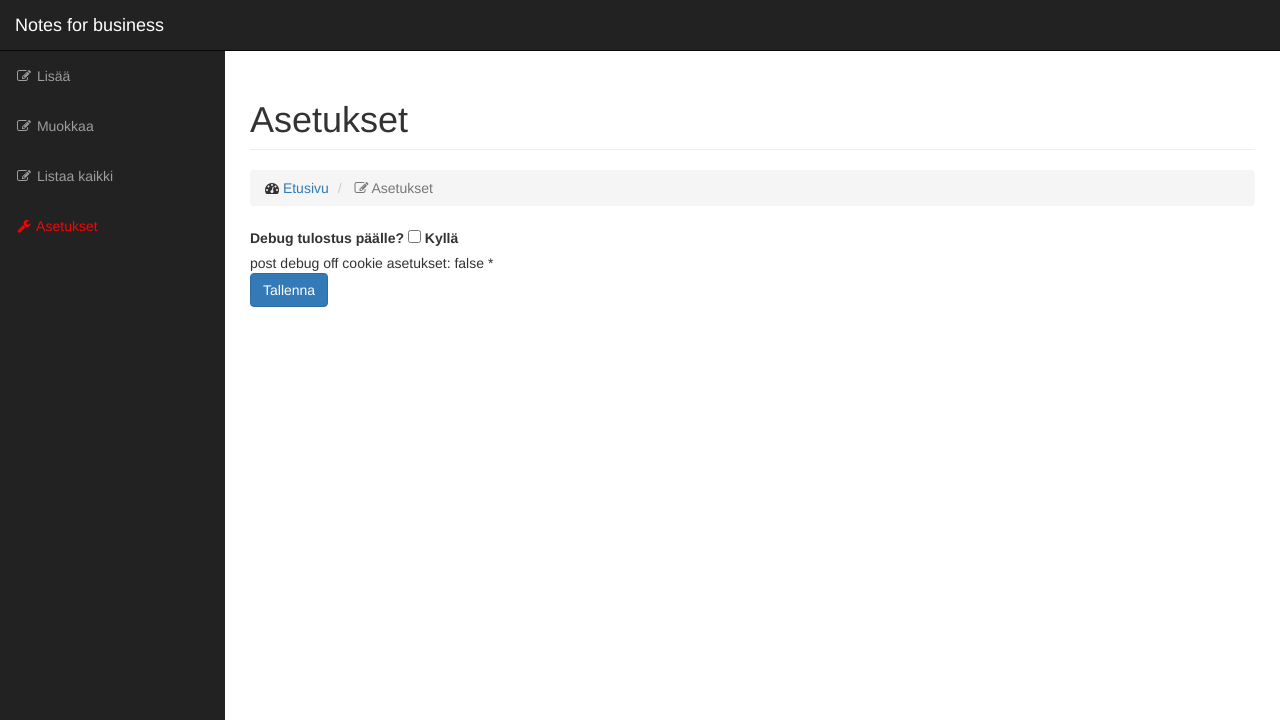
Repository: TommiKurjensalo/php
Page: http://localhost/asetukset.php
The author's editor kept a copy of each file at every save. The page is drawn from the files as they stood at one save, then again after the next save.
The browser window is 1280 px wide. The pictures show the whole page.
The page is run by PHP 8.4 with error messages shown; the project is at /var/www/html/.

Above is the page before, as saved 2017-04-21 19:41:57.

### sivut/asetukset.php
<?php
require_once "asetuksetLuokka.php";

// Käynnistetään sessio
session_start ();

// Onko painettu tallenna-painiketta
if (isset($_POST["tallenna"])) {
	echo "<div style='padding-left:300px;'>";
	echo "post debug: ".(isset($_POST["debug"]) ? $_POST["debug"] : 'notSet') ."  tallenna painike valittu ";
	// Viedään muodostimelle kenttien arvot
		if (isset($_POST["debug"])) {
		//	$asetukset = new Asetukset(
		//			$_POST["debug"]);

			// Kirjoitetaan session tiedot talteen
			$_SESSION ["asetukset"] = $_POST["debug"];
			session_write_close ();

			// Asetetaan cookie, koska debug haluttiin päälle
			setcookie("isDebug", $_POST["debug"], time() +86400, "/sivut/"); // 86400 = 1 day
			echo "<br> Cookies are enabled";
			} else {
				// Tuhotaan cookie, koska käyttäjä niin halusi
				setcookie("isDebug", "", time() - 3600, "/sivut/");
				echo "<br> if isset post debug else tuhotaan ";
				$_SESSION = array ();

					if (isset ( $_COOKIE [session_name ()] )) {
						setcookie ( session_name (), '', time () - 100, '/' );
					}

				session_destroy ();
				echo "<br> Cookies are disabled";
		}

	echo "</div>";

	echo "<div style='padding-left:300px;'>if cookie debug sisältö: " .(isset($_COOKIE["isDebug"]) ? $_COOKIE["isDebug"] :'false'). "</div>";

}

elseif (isset ( $_POST ["debug"] )) {
	if (isset ( $_SESSION ["asetukset"] )) {
		echo "<div style='padding-left:300px;'> elseif isset post&session </div>";
		$_SESSION = array ();

		if (isset ( $_COOKIE [session_name ()] )) {
			setcookie ( session_name (), '', time () - 100, '/' );
		}

		session_destroy ();
	}

} else {

	// Sivulle tultiin ensimmäistä kertaa
	if (isset ($_COOKIE["isDebug"] )) {
		if (isset ( $_SESSION ["asetukset"] )) {
			echo "<div style='padding-left:300px;'><br>else isset session asetukset sisältö: " .$_SESSION ["asetukset"]. "</div>";
		}

		$asetukset = $_COOKIE["isDebug"];
		echo "<div style='padding-left:300px;'>";
		var_dump($asetukset);
		echo "</div>";
		echo "<div style='padding-left:300px;'>else isset cookie debug sisältö: " .$_COOKIE["isDebug"]. "</div>";
	} elseif (isset ( $_SESSION ["asetukset"] )) {
		$asetukset=$_SESSION ["asetukset"];
	}
		// Tehdään tyhjä olio
		$asetukset = new Asetukset();



}

?>

<!DOCTYPE html>
<html lang="en">

<head>

    <meta charset="utf-8">
    <meta http-equiv="X-UA-Compatible" content="IE=edge">
    <meta name="viewport" content="width=device-width, initial-scale=1">
    <meta name="description" content="">
    <meta name="author" content="">

    <title>Notes</title>

    <!-- Bootstrap Core CSS -->
    <link href="css/bootstrap.min.css" rel="stylesheet">

    <!-- Custom CSS -->
    <link href="css/sb-admin.css" rel="stylesheet">

    <!-- Custom Fonts -->
    <link href="font-awesome/css/font-awesome.min.css" rel="stylesheet" type="text/css">

    <!-- HTML5 Shim and Respond.js IE8 support of HTML5 elements and media queries -->
    <!-- WARNING: Respond.js doesn't work if you view the page via file:// -->
    <!--[if lt IE 9]>
        <script src="https://oss.maxcdn.com/libs/html5shiv/3.7.0/html5shiv.js"></script>
        <script src="https://oss.maxcdn.com/libs/respond.js/1.4.2/respond.min.js"></script>
    <![endif]-->

</head>

<body>

    <div id="wrapper">

        <!-- Navigation -->
        <nav class="navbar navbar-inverse navbar-fixed-top" role="navigation">
            <!-- Brand and toggle get grouped for better mobile display -->
            <div class="navbar-header">
                 <a class="navbar-brand" href="index.php">Notes for business</a>

            </div>

            <!-- Sidebar Menu Items - These collapse to the responsive navigation menu on small screens -->
            <div class="collapse navbar-collapse navbar-ex1-collapse">
                <ul class="nav navbar-nav side-nav">
                    <li>
                        <a href="lisaa.php"> <i class="fa fa-fw fa-edit"></i> Lisää</a>
                    </li>
                    <li>
                        <a href="muokkaa.php"><i class="fa fa-fw fa-edit"></i> Muokkaa</a>
                    </li>
                    <li>
                        <a href="listaaKaikki.php"><i class="fa fa-fw fa-edit"></i> Listaa kaikki</a>
                    </li>
                    <li>
                        <a href="asetukset.php" class="active"><i class="fa fa-fw fa-wrench"></i> Asetukset</a>
                    </li>

                </ul>
            </div>
            <!-- /.navbar-collapse -->
        </nav>

        <div id="page-wrapper">

            <div class="container-fluid">

                <!-- Page Heading -->
                <div class="row">
                    <div class="col-lg-12">
                        <h1 class="page-header">
                            Asetukset
                        </h1>
                        <ol class="breadcrumb">
                            <li>
                                <i class="fa fa-dashboard"></i>  <a href="index.php">Etusivu</a>
                            </li>
                            <li class="active">
                                <i class="fa fa-edit"></i> Asetukset
                            </li>
                        </ol>
                    </div>
                </div>
                <!-- /.row -->

                <div class="row">
                    <div class="col-lg-4">

                        <form class="form-inline" role="form" action="<?php echo htmlspecialchars($_SERVER["PHP_SELF"]);?>" method="post">

                            <div class="form-check form-check-inline">
  							  <label class="form-check-label"> Debug tulostus päälle?
	                                	<input name="debug" type="checkbox" class="form-check-input" value="true"
	                                	<?php echo (isset($_COOKIE["isDebug"]) ? ' checked' : ''); ?> /> Kyllä</label>
	                                </div>

			<?php   echo (isset($_POST["debug"]) ? ' post debug on' : ' post debug off'); ?>
					<?php echo 'cookie asetukset: ' .(isset($_COOKIE["isDebug"]) ? $_COOKIE["isDebug"] : 'false'). ' *'; ?>

					<!--  echo 'sessio&cookie asetukset: ' .(isset($_SESSION["asetukset"]) && isset($_COOKIE["isDebug"]) ? $_COOKIE["isDebug"] : 'false'). ' *'; -->


                          	<div class="form-group">

                            		<input name="tallenna" type="submit" class="btn btn-primary px-2" value="Tallenna"/>

							</div>



                        </form>

                    </div> <!-- ./col-lg-4 -->

                </div>
                <!-- /.row -->

            </div>
            <!-- /.container-fluid -->

        </div>
        <!-- /#page-wrapper -->

    </div>
    <!-- /#wrapper -->

    <!-- jQuery -->
    <script src="js/jquery.js"></script>

    <!-- Bootstrap Core JavaScript -->
    <script src="js/bootstrap.min.js"></script>

</body>

</html>

### sivut/asetuksetLuokka.php
<?php

class Asetukset {

	// luokan attribuutit
	private $debug = false;

	// Luokan konstruktori asetukset toimintoa varten
	public function __construct($uusiDebug = "")
	{

		// trim poistaa tyhjät merkkijonon alusta ja lopusta
		$this->debug = ($uusiDebug);
	}

	// Muuttaa/asettaa debug-attribuutin
	public function setDebug($uusiDebug) {
		$this->debug = $uusiDebug;
	}

	// Palauttaa debug-attribuutin
	public function getDebug() {
		return $this->debug;
	}

} // Luokka Asetukset
?>

### sivut/css/sb-admin.css
/*!
 * Start Bootstrap - SB Admin (http://startbootstrap.com/)
 * Copyright 2013-2016 Start Bootstrap
 * Licensed under MIT (https://github.com/BlackrockDigital/startbootstrap/blob/gh-pages/LICENSE)
 */

/* Global Styles */

body {
    margin-top: 100px;
   /* background-color: #222; */
}

@media(min-width:768px) {
    body {
        margin-top: 50px;
    }
}

#wrapper {
    padding-left: 0;
}

#page-wrapper {
    width: 100%;
    padding: 0;
    background-color: #fff;
}

.huge {
    font-size: 50px;
    line-height: normal;
}

@media(min-width:768px) {
    #wrapper {
        padding-left: 225px;
    }

    #page-wrapper {
        padding: 10px;
    }
}

/* Top Navigation */

.top-nav {
    padding: 0 15px;
}

.top-nav>li {
    display: inline-block;
    float: left;
}

.top-nav>li>a {
    padding-top: 15px;
    padding-bottom: 15px;
    line-height: 20px;
    color: #999;
}

.top-nav>li>a:hover,
.top-nav>li>a:focus,
.top-nav>.open>a,
.top-nav>.open>a:hover,
.top-nav>.open>a:focus {
    color: #fff;
    background-color: #000;
}

.top-nav>.open>.dropdown-menu {
    float: left;
    position: absolute;
    margin-top: 0;
    border: 1px solid rgba(0,0,0,.15);
    border-top-left-radius: 0;
    border-top-right-radius: 0;
    background-color: #fff;
    -webkit-box-shadow: 0 6px 12px rgba(0,0,0,.175);
    box-shadow: 0 6px 12px rgba(0,0,0,.175);
}

.top-nav>.open>.dropdown-menu>li>a {
    white-space: normal;
}

ul.message-dropdown {
    padding: 0;
    max-height: 250px;
    overflow-x: hidden;
    overflow-y: auto;
}

li.message-preview {
    width: 275px;
    border-bottom: 1px solid rgba(0,0,0,.15);
}

li.message-preview>a {
    padding-top: 15px;
    padding-bottom: 15px;
}

li.message-footer {
    margin: 5px 0;
}

ul.alert-dropdown {
    width: 200px;
}

/* Side Navigation */

@media(min-width:768px) {
    .side-nav {
        position: fixed;
        top: 51px;
        left: 225px;
        width: 225px;
        margin-left: -225px;
        border: none;
        border-radius: 0;
        overflow-y: auto;
        background-color: #222;
        bottom: 0;
        overflow-x: hidden;
        padding-bottom: 40px;
    }

    .side-nav>li>a {
        width: 225px;
    }

	.nav .navbar-nav .side-nav > .active > a {
        color:red !important;
    }

	.side-nav a.active{
        color:red !important;
    }

    .side-nav li a:hover,
    .side-nav li a:focus {
        outline: none;
        background-color: #000 !important;
    }
}

.side-nav>li>ul {
    padding: 0;
}

.side-nav>li>ul>li>a {
    display: block;
    padding: 10px 15px 10px 38px;
    text-decoration: none;
    color: #999;
}

.side-nav>li>ul>li>a:hover {
    color: #fff;
}

/* Flot Chart Containers */

.flot-chart {
    display: block;
    height: 400px;
}

.flot-chart-content {
    width: 100%;
    height: 100%;
}

/* Custom Colored Panels */

.huge {
    font-size: 40px;
}

.panel-green {
    border-color: #5cb85c;
}

.panel-green > .panel-heading {
    border-color: #5cb85c;
    color: #fff;
    background-color: #5cb85c;
}

.panel-green > a {
    color: #5cb85c;
}

.panel-green > a:hover {
    color: #3d8b3d;
}

.panel-red {
    border-color: #d9534f;
}

.panel-red > .panel-heading {
    border-color: #d9534f;
    color: #fff;
    background-color: #d9534f;
}

.panel-red > a {
    color: #d9534f;
}

.panel-red > a:hover {
    color: #b52b27;
}

.panel-yellow {
    border-color: #f0ad4e;
}

.panel-yellow > .panel-heading {
    border-color: #f0ad4e;
    color: #fff;
    background-color: #f0ad4e;
}

.panel-yellow > a {
    color: #f0ad4e;
}

.panel-yellow > a:hover {
    color: #df8a13;
}

@media screen and (max-width: 1024px) {
				.etusivu {
				left: 50%;
				margin-left: -512px; }
		}

.etusivu {
			background: linear-gradient(to bottom,rgba(0, 0, 0, 0), rgba(0, 0, 0, 0.4)
			),url(../img/film-background.jpg);
			position: fixed;
			overflow: hidden;
			left: 0;
	  		/* Set rules to fill background */
			min-height: 100%;
			min-width: 1024px;

			/* Set up proportionate scaling */
			width: 100%;
			height: auto;
    	}

.etusivu > h1 {
		     margin: 0;
			 color: white;
			 padding: 10% 0 0 50%;
			 text-shadow: 10px 10px 0 black;
		 }

hr {
   display: block;
   position: relative;
   height: 0;
   width: 100%;
   max-height: 0;
   font-size: 1px;
   line-height: 10px;
   clear: both;
   border: none;
   border-top: 2px solid #aaaaaa;
   border-bottom: 2px solid #ffffff;
}

.table-hover>tbody>tr:hover>td, .table-hover>tbody>tr:hover>th {
  background-color: #646464;
  color:#eeeeee;
}

Loaded but not shown: sivut/css/bootstrap.min.css (library); sivut/font-awesome/css/font-awesome.min.css (library); sivut/js/jquery.js (library); sivut/js/bootstrap.min.js (library)

After the next save:
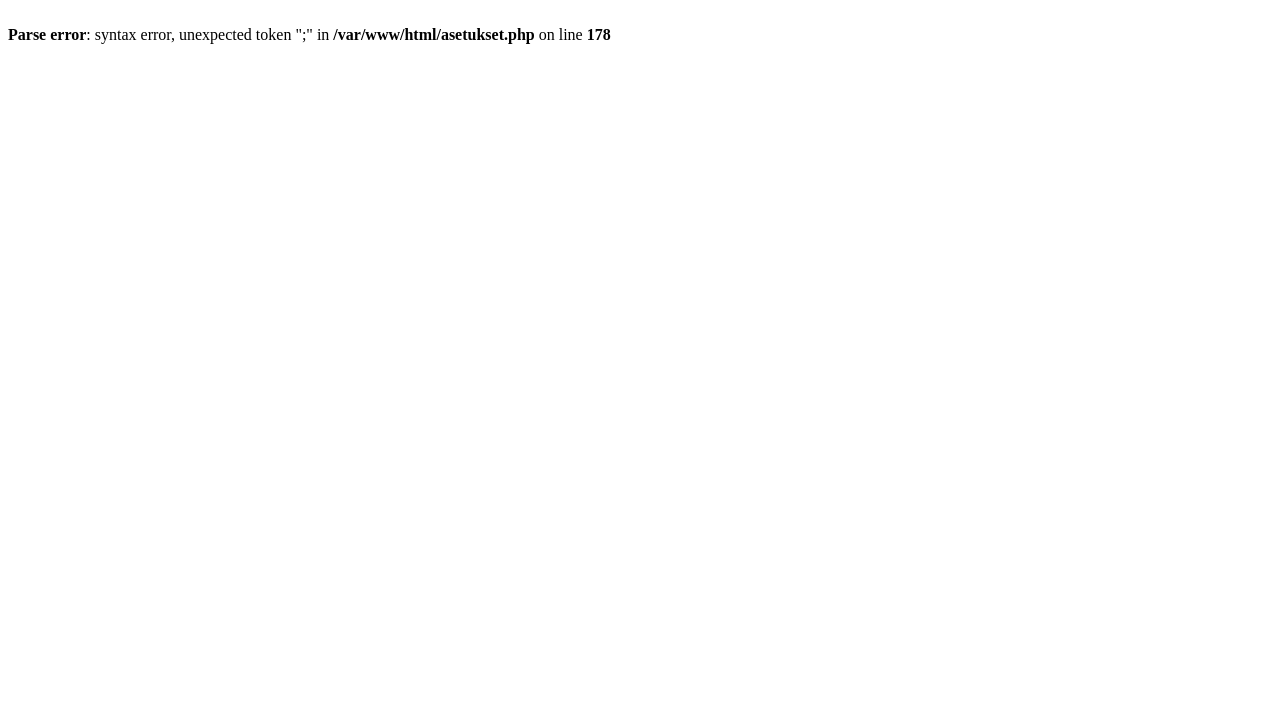
Saved 8 s later.
--- a/sivut/asetukset.php
+++ b/sivut/asetukset.php
@@ -175,7 +175,7 @@
 	                                </div>
 
 			<?php   echo (isset($_POST["debug"]) ? ' post debug on' : ' post debug off'); ?>
-					<?php echo 'cookie asetukset: ' .(isset($_COOKIE["isDebug"]) ? $_COOKIE["isDebug"] : 'false'). ' *'; ?>
+					<?php echo 'cookie asetukset: ' .((isset($_COOKIE["isDebug"]) ? $_COOKIE["isDebug"] : 'false'). ' *'; ?>
 
 					<!--  echo 'sessio&cookie asetukset: ' .(isset($_SESSION["asetukset"]) && isset($_COOKIE["isDebug"]) ? $_COOKIE["isDebug"] : 'false'). ' *'; -->
 

After the save that followed:
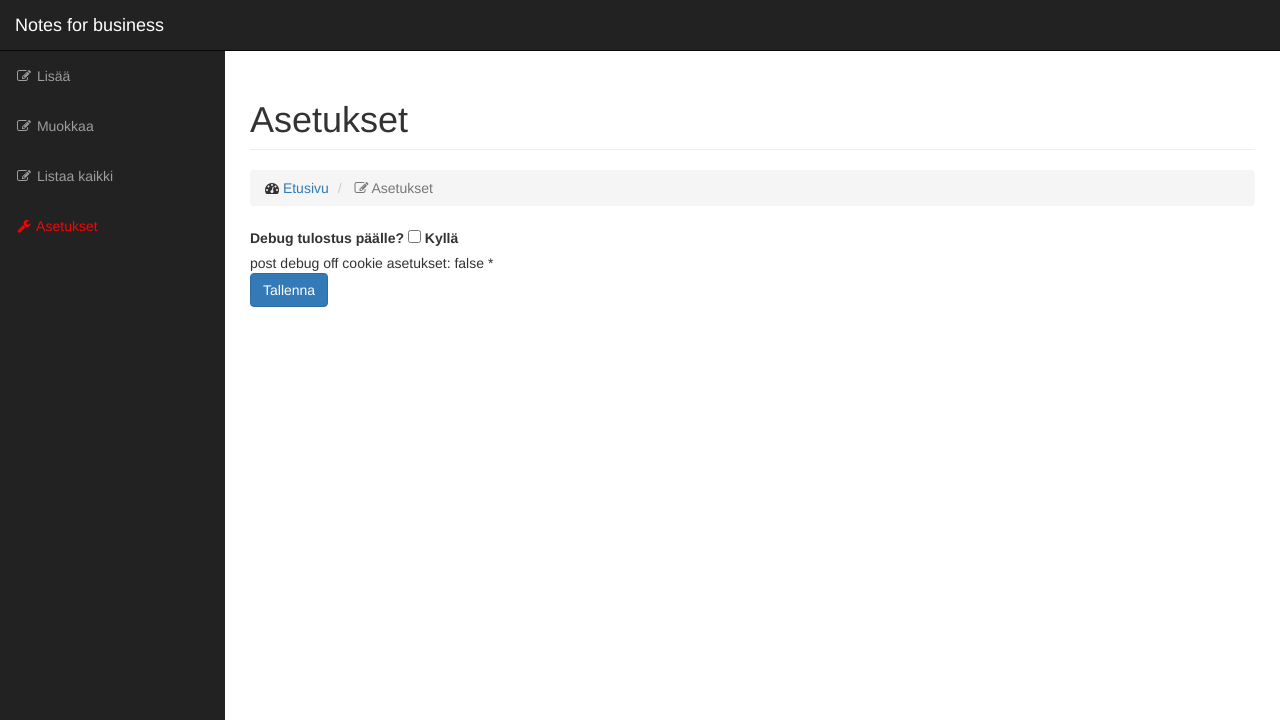
Saved 24 s later.
--- a/sivut/asetukset.php
+++ b/sivut/asetukset.php
@@ -175,7 +175,7 @@
 	                                </div>
 
 			<?php   echo (isset($_POST["debug"]) ? ' post debug on' : ' post debug off'); ?>
-					<?php echo 'cookie asetukset: ' .((isset($_COOKIE["isDebug"]) ? $_COOKIE["isDebug"] : 'false'). ' *'; ?>
+					<?php echo 'cookie asetukset: ' .(isset($_COOKIE["isDebug"] ) ? $_COOKIE["isDebug"] : 'false'). ' *'; ?>
 
 					<!--  echo 'sessio&cookie asetukset: ' .(isset($_SESSION["asetukset"]) && isset($_COOKIE["isDebug"]) ? $_COOKIE["isDebug"] : 'false'). ' *'; -->
 
